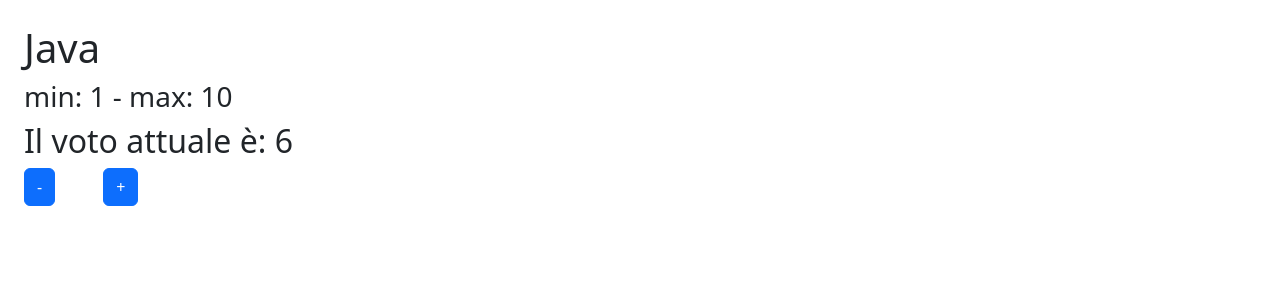
Repository: rubinettiStefano/spieg
Page: /
An editor plug-in stored every save of this project. The page is shown before and after the next save, followed by the edit.
The browser window is 1280 px wide. The pictures show the whole page.
The project was rebuilt for these pictures with package versions that can differ from the ones it lists, and the page was loaded fresh each time.

Above is the page before, as saved 2024-03-27 11:31:41.

After the next save:
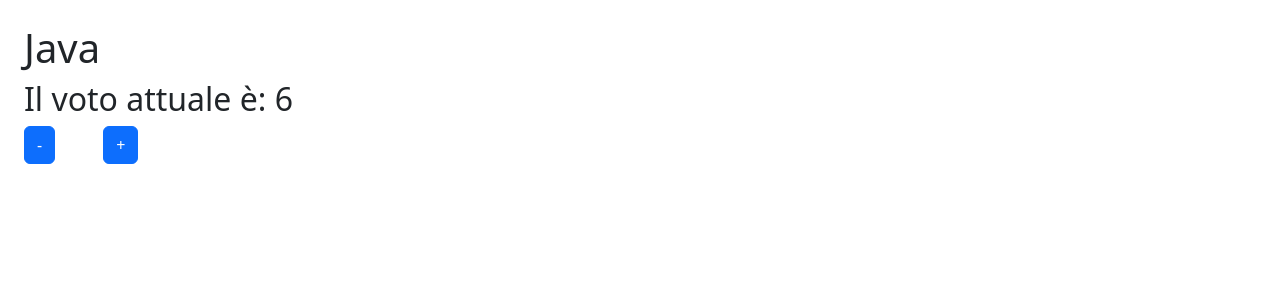
Saved 5 min 36 s later.
--- a/src/Subject.jsx
+++ b/src/Subject.jsx
@@ -18,21 +18,25 @@ export default function Subject(props) /* props -> {name:"Java",min:1,max:10} */
     //setGrade(8) imposta il valore di grade a 8
 
 
-    const aumentaGradeDiUno = (e)=>
+    const handleGradeChange = (e)=>
     {
-        setGrade(grade+1);
+        let elementName = e.target.name;
+
+        if(elementName=="bottoncino-" && grade!=props.min)
+            setGrade(grade-1);
+
+        if(elementName=="bottoncino-" && grade!=props.max)
+            setGrade(grade+1);
     }
 
     return(
         <div className="p-4">
 
             <h1>{props.name}</h1>
-            <h3>min: {props.min} - max: {props.max}</h3>
-
             <h2>Il voto attuale è: {grade}</h2>
             {/* <button className="btn btn-primary" onClick={function (){setGrade(grade-1)}}>-</button> */}
-            <button className="btn btn-primary" onClick={()=>setGrade(grade-1)}>-</button>
-            <button id="bottoncino+" className="btn btn-primary ms-5"  onClick={aumentaGradeDiUno}>+</button>
+            <button name="bottoncino-" className="btn btn-primary" onClick={handleGradeChange}>-</button>
+            <button name="bottoncino+" className="btn btn-primary ms-5"  onClick={handleGradeChange}>+</button>
             {/* <button className="btn btn-primary ms-5"  onClick="setGrade(grade+1)">+</button> */}
         </div>
     );
